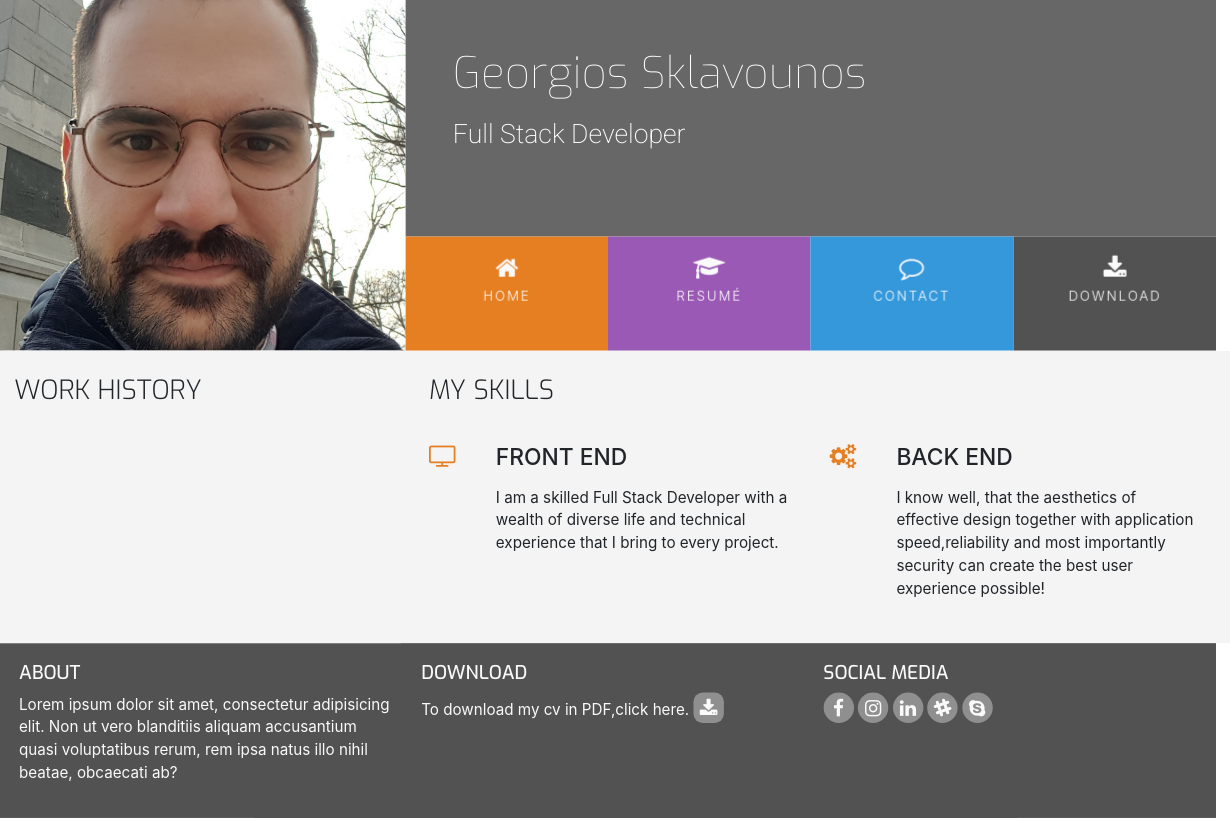
Repository: GeorgiosSklav/MyResume
Page: resume.html
The author's editor kept a record of every edit. The page is drawn from the files as they stood at one moment, then again after the next edit.
The browser window is 1280 px wide. The page is 1295 px wide, so the pictures cover 1295 px, including what lies to the right of the window. The pictures show the whole page, at 95% of full size.

Above is the page before.

### resume.html
<!DOCTYPE html>
<html lang="en">

<head>
    <meta charset="UTF-8">
    <meta name="viewport" content="width=device-width, initial-scale=1.0">
    <meta http-equiv="X-UA-Compatible" content="ie=edge">
    <link rel="stylesheet" href="https://stackpath.bootstrapcdn.com/bootstrap/4.3.1/css/bootstrap.min.css" type="text/css" />
    <link rel="stylesheet" href="https://stackpath.bootstrapcdn.com/font-awesome/4.7.0/css/font-awesome.min.css" type="text/css" />
    <link rel="stylesheet" href="assets/css/style.css" type="text/css" />
    <link rel="stylesheet" href="https://cdnjs.cloudflare.com/ajax/libs/hover.css/2.3.1/css/hover-min.css" type="text/css" />
    <title>Georgios Sklavounos resume</title>
</head>

<body>
    <header>
        <div class="row no-gutters">
            <a href="index.html" class="col-md-4 logo">

            </a>
            <div class="col-md-8">
                <div class="row no-gutters bg-color-name-title">
                    <div class="col heading">
                        <h1 class="name">Georgios Sklavounos</h1>
                        <h2 class="title">Full Stack Developer</h2>
                    </div>
                </div>
                <div class="row no-gutters">
                    <div class="col">
                        <ul id="nav" class="list-inline menucontainer">
                            <li class="col-6 col-sm-3 color-home list-inline-item menu-item">
                                <a href="#" class="hvr-sweep-to-right"><i class="fa fa-home" aria-hidden="true"></i><span>Home</span></a>
                            </li>
                            <li class="col-6 col-sm-3 color-resume list-inline-item menu-item">
                                <a href="#" class="hvr-sweep-to-left"><i class="fa fa-graduation-cap" aria-hidden="true"></i><span>Resumé</span></a>
                            </li>
                            <li class="col-6 col-sm-3 color-contact list-inline-item menu-item">
                                <a href="#" class="hvr-sweep-to-right"><i class="fa fa-comment-o" aria-hidden="true"></i><span>Contact</span></a>
                            </li>
                            <li class="col-6 col-sm-3 color-download list-inline-item menu-item">
                                <a href="#" class="hvr-sweep-to-left"><i class="fa fa-download" aria-hidden="true"></i><span>Download</span></a>
                            </li>
                        </ul>
                    </div>
                </div>
            </div>
    </header>
    <setion class="container-fluid">
        <div class="row">
            <div class="col-md-4 bg-color-personal-info section-column">
                <div class="row">
                    <div class="col-12">
                        <h3 class="section-heading uppercase">Work History</h3>
                    </div>
                </div>
            </div>
            <div class="col-md-8 bg-color-three-reasons section-column">
                <div class="row">
                    <div class="col">
                        <h3 class="section-heading uppercase">My Skills</h3>
                    </div>
                </div>
                <div class="row">
                    <div class="col-10 offset-1 offset-sm-0 col-sm-4 col-md-6">
                        <div class="row">
                            <div class="col-2">
                                <i class="three-reasons-icon fa fa-tv" aria-hidden="true"></i>
                            </div>
                            <div class="col-10">
                                <h4 class="three-reason-heading uppercase">Front End</h4>
                                <p>I am a skilled Full Stack Developer with a wealth of diverse life and technical experience that I bring to every project.</p>
                            </div>
                        </div>
                    </div>
                    <div class="col-10 offset-1 offset-sm-0 col-sm-4 col-md-6">
                        <div class="row">
                            <div class="col-2">
                                <i class="three-reasons-icon fa fa-gears" aria-hidden="true"></i>
                            </div>
                            <div class="col-10">
                                <h4 class="three-reason-heading uppercase">Back End</h4>
                                <p>I know well, that the aesthetics of effective design together with application speed,reliability and most importantly security can create the best user experience possible!</p>
                            </div>
                        </div>
                    </div>
                </div>
            </div>
        </div>
    </setion>
    <footer class="container-fluid">
        <div class="row" id="footer-details">
            <div class="col-sm-4">
                <h5 class="uppercase general-sub">About</h5>
                <p class="inline-block">
                    Lorem ipsum dolor sit amet, consectetur adipisicing elit. Non ut vero blanditiis aliquam accusantium quasi voluptatibus rerum, rem ipsa natus illo nihil beatae, obcaecati ab?
                </p>
            </div>
            <div class="col-sm-4">
                <h5 class="uppercase general-sub">Download</h5>
                <p class="inline-block">
                    To download my cv in PDF,click here.
                    <a href="#" target="_blank" class="cv-pdf">
                        <i class="fa fa-download" aria-hidden="true"></i>
                        <span class="sr-only">Download icon.</span>
                    </a>
                </p>
            </div>
            <div class="col-sm-4">
                <h5 class="uppercase general-sub">Social Media</h5>
                <ul class="list-inline social-links">
                    <li class="list-inline-item">
                        <a target="_blank" href="#">
                            <i class="fa fa-facebook"></i>
                            <span class="sr-only">Facebook</span>
                        </a>
                    </li>
                    <li class="list-inline-item">
                        <a target="_blank" href="#">
                            <i class="fa fa-instagram"></i>
                            <span class="sr-only">Instagram</span>
                        </a>
                    </li>
                    <li class="list-inline-item">
                        <a target="_blank" href="#">
                            <i class="fa fa-linkedin"></i>
                            <span class="sr-only">Linked-In</span>
                        </a>
                    </li>
                    <li class="list-inline-item">
                        <a target="_blank" href="#">
                            <i class="fa fa-slack"></i>
                            <span class="sr-only">Slack</span>
                        </a>
                    </li>
                    <li class="list-inline-item">
                        <a target="_blank" href="#">
                            <i class="fa fa-skype"></i>
                            <span class="sr-only">Skype</span>
                        </a>
                    </li>
                </ul>
            </div>
        </div>
    </footer>
</body>

</html>

### assets/css/style.css
@import url('https://fonts.googleapis.com/css?family=Roboto:100,200,300,400,500,600,700|Exo:100,200,300,400,500,600,700');



/*-------------------------colours*/

.bg-color-name-title {
    background-color: #676767;
}

.color-home {
    background-color: #e67e22;
}

.color-resume {
    background-color: #9b59b6;
}

.color-contact {
    background-color: #3498db;
}

.color-download {
    background-color: #525252;
}

.bg-color-three-reasons {
    background-color: #f4f4f4;
}

.bg-color-personal-info {
    background-color: #f4f4f4;
}


/*---------------------------------Paddings,texts,etc*/

h1,
h2,
h3,
h4 {
    margin: 0;
}

.uppercase {
    text-transform: uppercase;
}

.general-sub {
    font-family: "Exo", sans-serif;
    color: #fafafa;
}

.inline-block {
    display: inline-block;
}

.row-table {
    display: table;
}

.section-column {
    display: table-cell;
    padding: 0 30px 30px;
    float: none;
}

.section-heading {
    font-family: "Exo", sans-serif;
    font-weight: 300;
    margin-top: 25px;
    margin-bottom: 40px;
}

/*----------------------Container-fluid*/

.container-fluid {
    width: 100%;
    padding: 0;
    padding-bottom: 0;
    margin-right: auto;
    margin-left: auto;
}

/*----------------------heading*/

header {
    margin: 0;
}

.heading {
    margin-left: 50px;
}

.logo {
    background: url("../images/pic2.jpg");
    background-position: center;
    background-repeat: no-repeat;
    background-size: cover;
    min-height: 360px;
    transition: all 0.5s ease-in-out;
    -moz-transition: all 0.5s ease-in-out;
    -webkit-transition: all 0.5s ease-in-out;

}

.name {
    font-family: "Exo", sans-serif;
    font-weight: 100;
    font-size: 46px;
    margin-top: 50px;
    color: #fff;
}

.title {
    font-family: "Roboto", sans-serif;
    font-weight: 200;
    font-size: 28px;
    margin-top: 20px;
    margin-bottom: 90px;
    color: #fff;
}

.list-inline-item:not(:last-child) {
    margin: 0;
}

.menucontainer {
    font-size: 0;
}

#nav {
    margin: 0;
}

#nav li {
    font-size: 14px;
    padding: 0;
}

.menu-item {
    height: 120px;
    text-align: center;
    padding: 0;
}

.menu-item a {
    width: 100%;
    text-decoration: none;
    color: #fff;
    height: 120px;
}

.menu-item a i {
    padding-top: 20px;
    display: block;
    color: #fafafa;
    font-size: 26px;
}

.menu-item span {
    display: block;
    width: 100%;
    padding-top: 5px;
    text-align: center;
    text-transform: uppercase;
    font-size: 14px;
    font-weight: 300;
    letter-spacing: 2px;
}

/*--------------------------hover style*/

.hvr-sweep-to-right:before {
    background: rgb(0, 0, 0);
    height: 120px;
}

.hvr-sweep-to-left:before {
    background: rgba(0, 0, 0, 0.2);
    height: 120px;
}

/*---------------------------------footer*/

footer {
    background-color: #525252;
    color: #fafafa;
    min-height: 120px;
    margin: 0;
}

.social-links i {
    width: 32px;
    height: 32px;
    padding: 12px 0;
    border-radius: 50%;
    font-size: 20px;
    line-height: 10px;
    text-align: center;
    color: #fafafa;
    background: #8f8f8f;
    transition: all 0.35s ease-in-out;
    -moz-transition: all 0.35s ease-in-out;
    -o-transition: all 0.35s ease-in-out;
    -webkit-transition: all 0.35s ease-in-out;

}

.cv-pdf i {
    /*font-size: 19px;
    text-align: center;
    color: #fafafa;
    padding-left: 5px;
    transition: all 0.35s ease-in-out;
    -moz-transition: all 0.35s ease-in-out;
    -o-transition: all 0.35s ease-in-out;
    -webkit-transition: all 0.35s ease-in-out;*/
    width: 32px;
    height: 32px;
    padding: 12px 0;
    border-radius: 30%;
    font-size: 20px;
    line-height: 10px;
    text-align: center;
    color: #fafafa;
    background: #8f8f8f;
    transition: all 0.35s ease-in-out;
    -moz-transition: all 0.35s ease-in-out;
    -o-transition: all 0.35s ease-in-out;
    -webkit-transition: all 0.35s ease-in-out;


}

.cv-pdf i:hover {
    color: #e84610;
}

.social-links i:hover {
    color: #8f8f8f;
    background: #e84610;
}

#footer-details {
    padding: 20px;
}

/*----------------------three-reasons*/

.three-reasons-icon {
    font-size: 26px;
    color: #e67e22;
}

.three-reason-heading {
    margin-bottom: 15px;
}

/*----------------------personal-info*/

.personal-info-item {
    margin-bottom: 20px;
    display: block;
    clear: both;
}

.personal-info-item .key,
.personal-info-item .value {
    padding-right: 8px;
    display: inline-block;
}

.personal-info-item .key p,
.personal-info-item .value p {
    margin: 0;
}

.personal-info-item .key {
    width: 30%;
    margin-right: 21px;
    padding-top: 2px;
    vertical-align: top;
}

.personal-info-item .key p {
    font-weight: 700;
}

.personal-info-item .value {
    width: 60%;
    position: relative;
}

/*----------------------skills*/
.progress {
    position: relative;
    height: 25px;
    margin-bottom: 4px;
}
.progress-type {
    position: absolute;
    left: 0;
    font-weight: 400;
    padding: 3px 30px 3px 10px;
    color: #fafafa;
    background-color: rgba(25,25,25,0.2);
}

After the next edit:
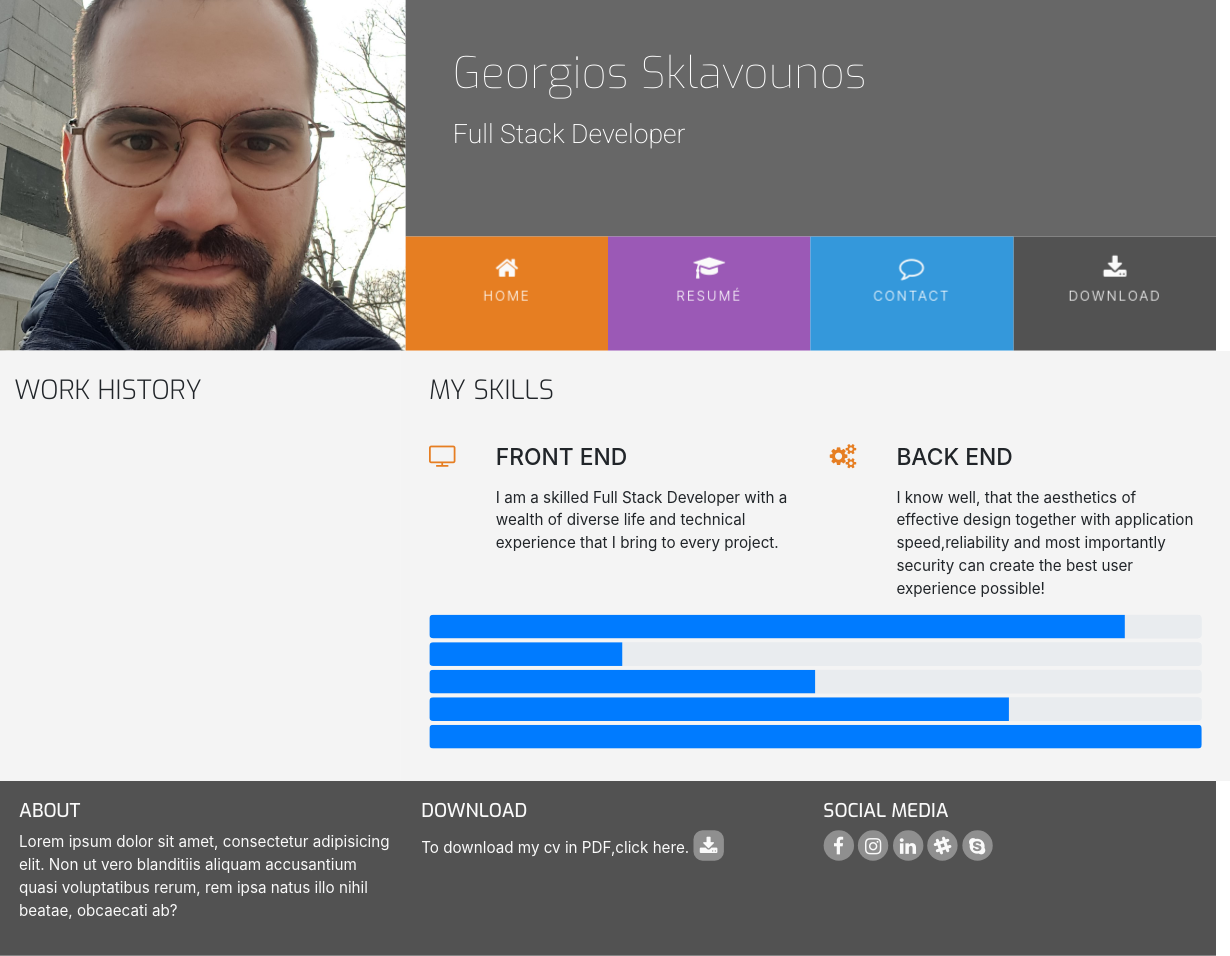
The edit:
--- a/resume.html
+++ b/resume.html
@@ -84,6 +84,25 @@
                         </div>
                     </div>
                 </div>
+                <div class="row">
+                    <div class="col">
+                        <div class="progress">
+                            <div class="progress-bar" role="progressbar" aria-valuenow="0" aria-valuemin="0" aria-valuemax="100" style="width:90%;"></div>
+                        </div>
+                        <div class="progress">
+                            <div class="progress-bar" role="progressbar" style="width: 25%" aria-valuenow="25" aria-valuemin="0" aria-valuemax="100"></div>
+                        </div>
+                        <div class="progress">
+                            <div class="progress-bar" role="progressbar" style="width: 50%" aria-valuenow="50" aria-valuemin="0" aria-valuemax="100"></div>
+                        </div>
+                        <div class="progress">
+                            <div class="progress-bar" role="progressbar" style="width: 75%" aria-valuenow="75" aria-valuemin="0" aria-valuemax="100"></div>
+                        </div>
+                        <div class="progress">
+                            <div class="progress-bar" role="progressbar" style="width: 100%" aria-valuenow="100" aria-valuemin="0" aria-valuemax="100"></div>
+                        </div>
+                    </div>
+                </div>
             </div>
         </div>
     </setion>
